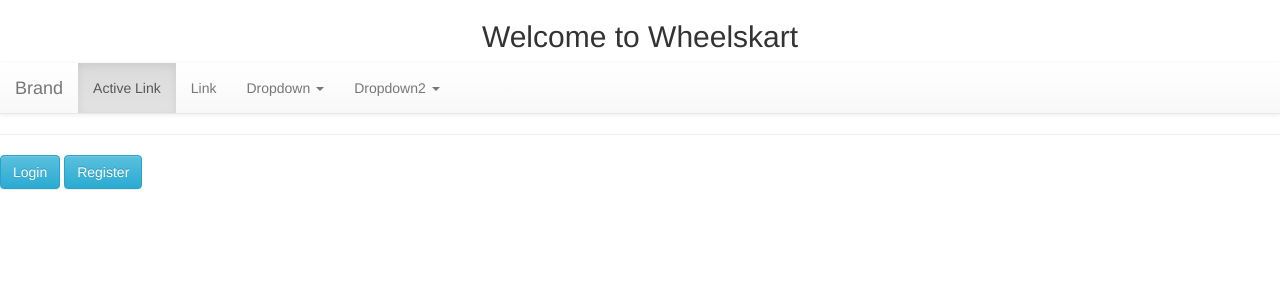
Repository: mrahulbisht/Wheelskart-Project
Page: http://localhost/WheelskartFrontEnd/Home.jsp
The author's editor kept a copy of each file at every save. The page is drawn from the files as they stood at one save, then again after the next save.
The browser window is 1280 px wide. The pictures show the whole page.
Some icons come from a web library that is not loaded, so they are not drawn. Some web libraries are served in a nearby version. The page is served by Tomcat 9.

Above is the page before, as saved 2017-04-22 07:44:05.

After the next save:
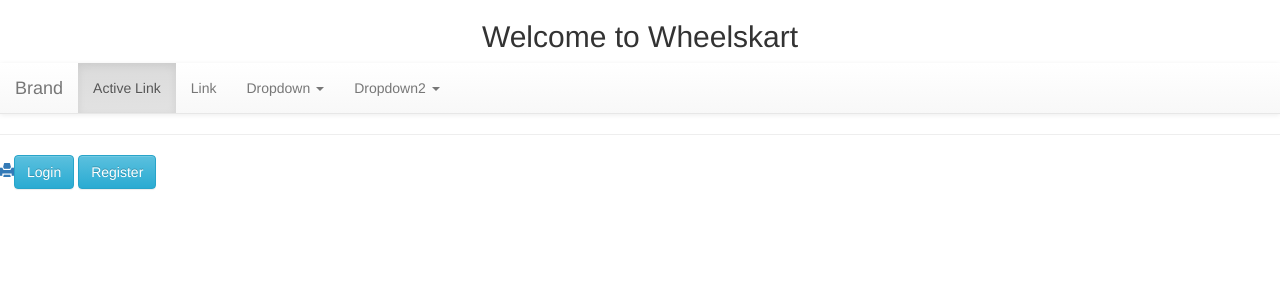
Saved 29 s later.
--- a/project/WheelskartFrontEnd/src/main/webapp/Home.jsp
+++ b/project/WheelskartFrontEnd/src/main/webapp/Home.jsp
@@ -21,7 +21,7 @@
 	<hr color="blue">
 
 
-	<a href="LoginPage">    <span class="glyphicon glyphicon-login"></span><button type="button" class="btn btn-info">Login</button></a>
+	<a href="LoginPage">    <span class="glyphicon glyphicon-print"></span><button type="button" class="btn btn-info">Login</button></a>
 
 	<a href="RegistrationPage"><button type="button" class="btn btn-info">Register</button></a>
 	<br>
